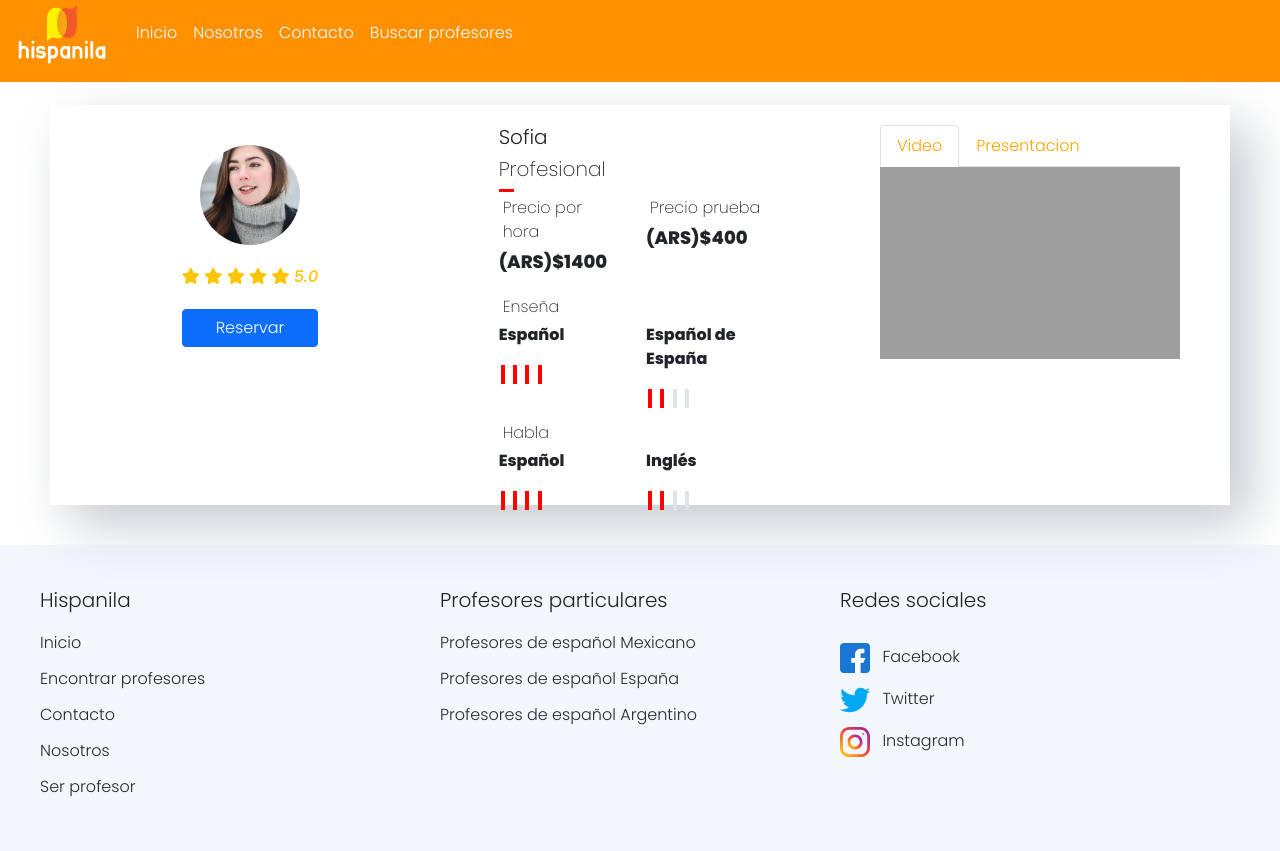
Repository: AgustinGarciaDev/Hispanila
Page: searchteacer.html
An editor plug-in stored every save of this project. The page is shown before and after the next save, followed by the edit.
The browser window is 1280 px wide. The pictures show the whole page.
Pictures or frames that could not be fetched are drawn as grey boxes. Some web libraries are served in a nearby version. The style sheet was rebuilt from its Sass, Less or Tailwind sources for each picture, by a compiler version that may differ from the author's.

Above is the page before, as saved 2021-01-30 10:01:13.

After the next save:
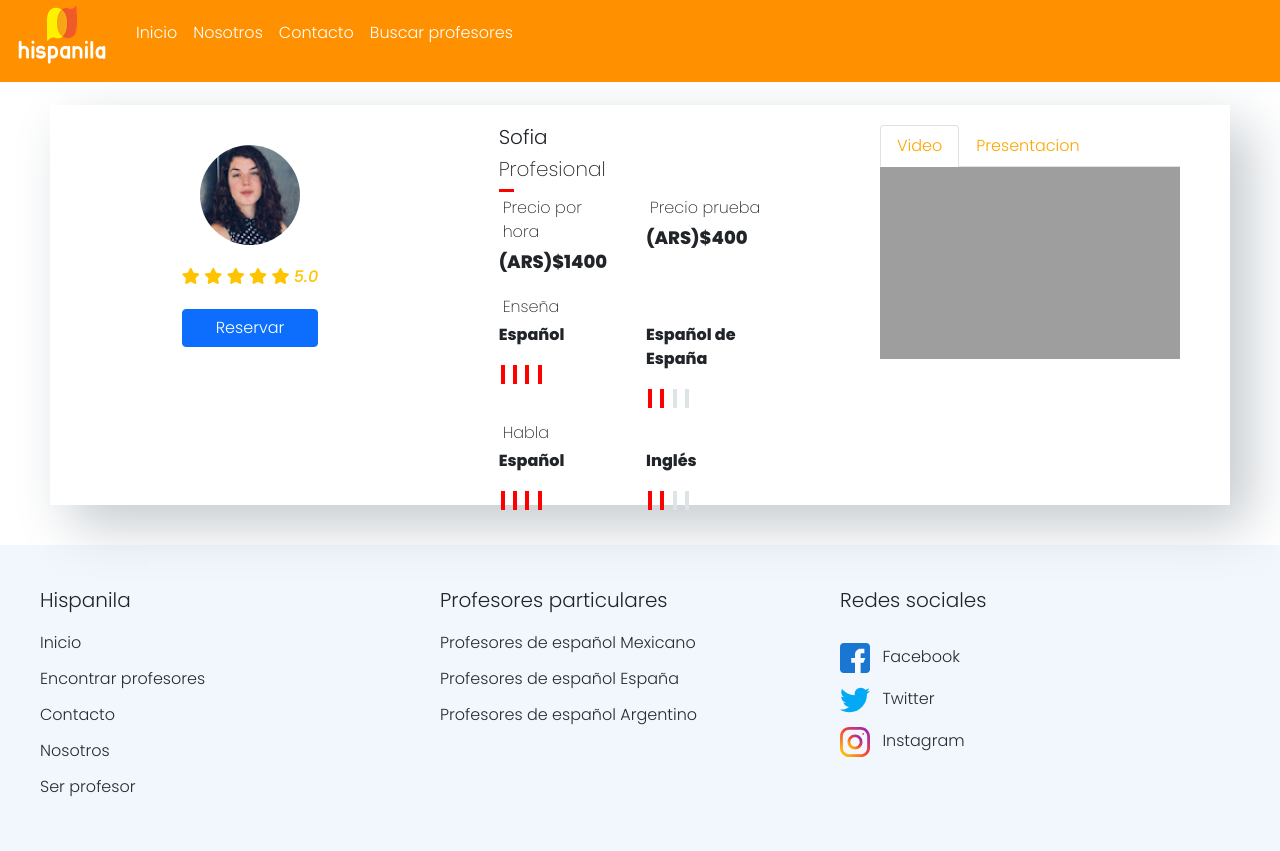
Saved 60 s later.
--- a/searchteacer.html
+++ b/searchteacer.html
@@ -52,7 +52,7 @@
             <div class="teacher__card__content">
                 <div class="teacher">
                     <div class="teacher-date">
-                        <img src="./img/teacher/teacher-women.jpg" alt="">
+                        <img src="./img/teacher/teacher-one.jpg" alt="Profesora de español">
                         <div class="score-teacher">
                             <i class="fas fa-star"></i>
                             <i class="fas fa-star"></i>
